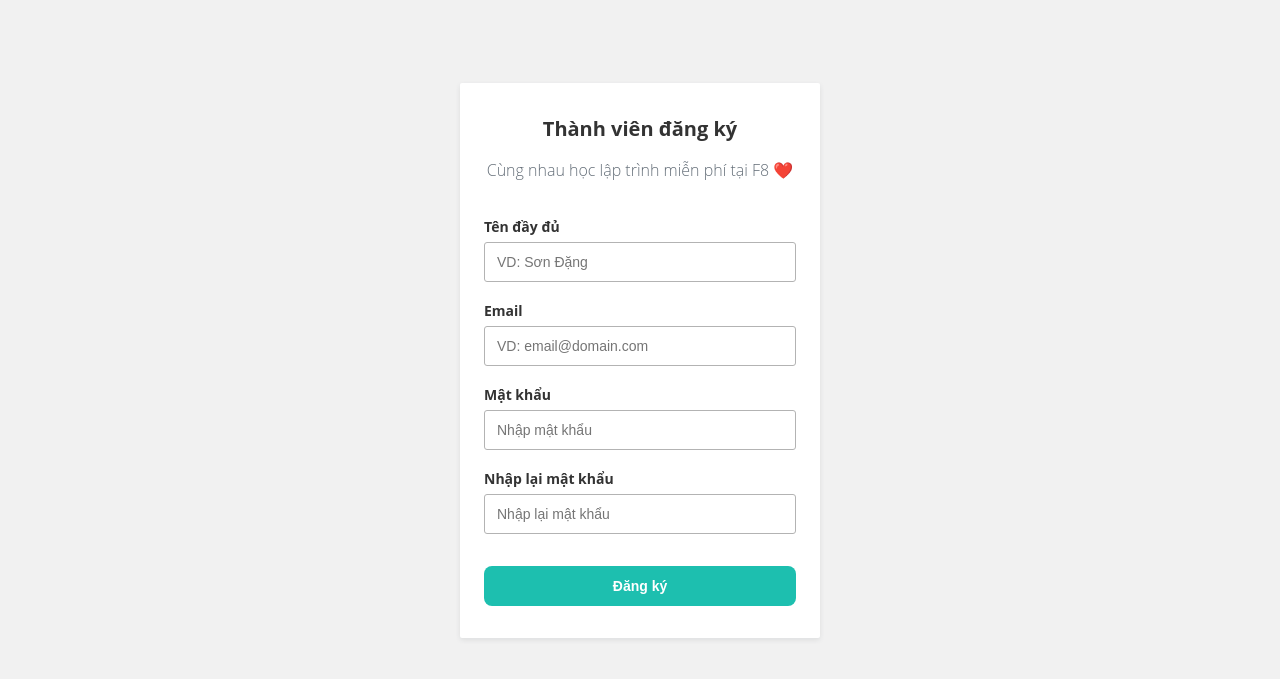
Repository: hoangnam180/FormValidate
Page: index.html
These files come from the project's save history. The page is drawn as it stood at one moment and after the next save; the edit follows.
The browser window is 1280 px wide. The pictures show the whole page.

Above is the page before, as saved 2021-12-03 06:26:12.
Console error: ReferenceError: validation is not defined

After the next save:
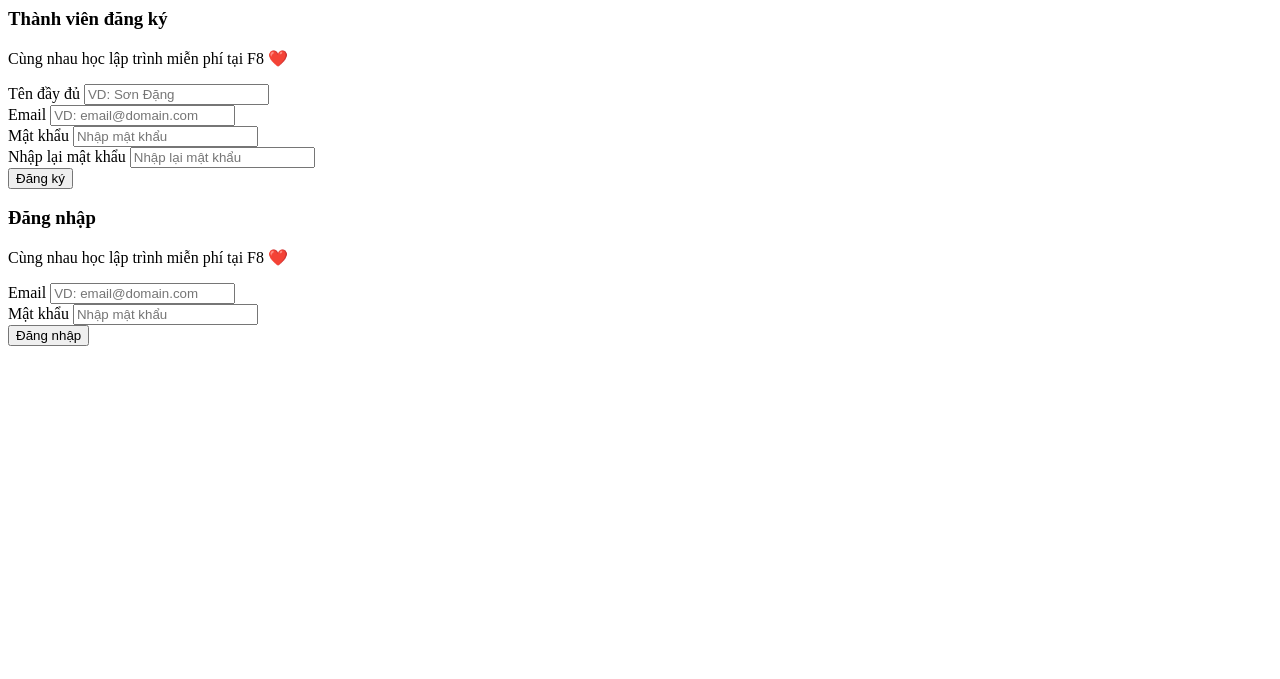
Console error: ReferenceError: Validator is not defined
Saved 7 min 12 s later.
--- a/index.html
+++ b/index.html
@@ -1,60 +1,98 @@
-<!DOCTYPE html>
-<html lang="en">
-<head>
-    <meta charset="UTF-8">
-    <meta http-equiv="X-UA-Compatible" content="IE=edge">
-    <meta name="viewport" content="width=device-width, initial-scale=1.0">
-    <link rel="stylesheet" href="./style.css">
-    <title>Form Validation</title>
-</head>
-<body>
-    <div class="main">
+<div class="main">
 
-        <form action="" method="POST" class="form" id="form-1">
-          <h3 class="heading">Thành viên đăng ký</h3>
-          <p class="desc">Cùng nhau học lập trình miễn phí tại F8 ❤️</p>
+  <form action="" method="POST" class="form" id="form-1">
+    <h3 class="heading">Thành viên đăng ký</h3>
+    <p class="desc">Cùng nhau học lập trình miễn phí tại F8 ❤️</p>
 
-          <div class="spacer"></div>
+    <div class="spacer"></div>
 
-          <div class="form-group">
-            <label for="fullname" class="form-label">Tên đầy đủ</label>
-            <input id="fullname" name="fullname" type="text" placeholder="VD: Sơn Đặng" class="form-control">
-            <span class="form-message"></span>
-          </div>
+    <div class="form-group">
+      <label for="fullname" class="form-label">Tên đầy đủ</label>
+      <input id="fullname" name="fullname" type="text" placeholder="VD: Sơn Đặng" class="form-control">
+      <span class="form-message"></span>
+    </div>
 
-          <div class="form-group">
-            <label for="email" class="form-label">Email</label>
-            <input id="email" name="email" type="text" placeholder="VD: email@domain.com" class="form-control">
-            <span class="form-message"></span>
-          </div>
+    <div class="form-group">
+      <label for="email" class="form-label">Email</label>
+      <input id="email" name="email" type="text" placeholder="VD: email@domain.com" class="form-control">
+      <span class="form-message"></span>
+    </div>
 
-          <div class="form-group">
-            <label for="password" class="form-label">Mật khẩu</label>
-            <input id="password" name="password" type="password" placeholder="Nhập mật khẩu" class="form-control">
-            <span class="form-message"></span>
-          </div>
+    <div class="form-group">
+      <label for="password" class="form-label">Mật khẩu</label>
+      <input id="password" name="password" type="password" placeholder="Nhập mật khẩu" class="form-control">
+      <span class="form-message"></span>
+    </div>
 
-          <div class="form-group">
-            <label for="password_confirmation" class="form-label">Nhập lại mật khẩu</label>
-            <input id="password_confirmation" name="password_confirmation" placeholder="Nhập lại mật khẩu" type="password" class="form-control">
-            <span class="form-message"></span>
-          </div>
+    <div class="form-group">
+      <label for="password_confirmation" class="form-label">Nhập lại mật khẩu</label>
+      <input id="password_confirmation" name="password_confirmation" placeholder="Nhập lại mật khẩu" type="password" class="form-control">
+      <span class="form-message"></span>
+    </div>
 
-          <button class="form-submit">Đăng ký</button>
-        </form>
-      </div>
-      <script src="./validation.js"></script>
-      <script>
-        //mong muốn
-        validation({
-          form : '#form-1',
-          errorSelector : '.form-message',
-          rules : [
-            validation.isRequired('#fullname'),
-            validation.isEmail('#email'),
-            validation.islength('#password',6)
-          ]
-        })
-      </script>
-</body>
-</html>
+    <button class="form-submit">Đăng ký</button>
+  </form>
+
+  <form action="" method="POST" class="form" id="form-2">
+    <h3 class="heading">Đăng nhập</h3>
+    <p class="desc">Cùng nhau học lập trình miễn phí tại F8 ❤️</p>
+
+    <div class="spacer"></div>
+
+    <div class="form-group">
+      <label for="email" class="form-label">Email</label>
+      <input id="email" name="email" type="text" placeholder="VD: email@domain.com" class="form-control">
+      <span class="form-message"></span>
+    </div>
+
+    <div class="form-group">
+      <label for="password" class="form-label">Mật khẩu</label>
+      <input id="password" name="password" type="password" placeholder="Nhập mật khẩu" class="form-control">
+      <span class="form-message"></span>
+    </div>
+
+    <button class="form-submit">Đăng nhập</button>
+  </form>
+
+</div>
+
+<script>
+
+  document.addEventListener('DOMContentLoaded', function () {
+    // Mong muốn của chúng ta
+    Validator({
+      form: '#form-1',   //nhập form muôn validate
+      formGroupSelector: '.form-group',
+      errorSelector: '.form-message',
+      rules: [
+        Validator.isRequired('#fullname', 'Vui lòng nhập tên đầy đủ của bạn'),
+        Validator.isEmail('#email'),
+        Validator.minLength('#password', 6),
+        Validator.isRequired('#password_confirmation'),
+        Validator.isConfirmed('#password_confirmation', function () {
+          return document.querySelector('#form-1 #password').value;
+        }, 'Mật khẩu nhập lại không chính xác')
+      ],
+      onSubmit: function (data) {
+        // Call API  va hủy submit
+        console.log(data);
+      }
+    });
+
+
+    Validator({
+      form: '#form-2',
+      formGroupSelector: '.form-group',
+      errorSelector: '.form-message',
+      rules: [
+        Validator.isEmail('#email'),
+        Validator.minLength('#password', 6),
+      ],
+      onSubmit: function (data) {
+        // Call API
+        console.log(data);
+      }
+    });
+  });
+
+</script>
